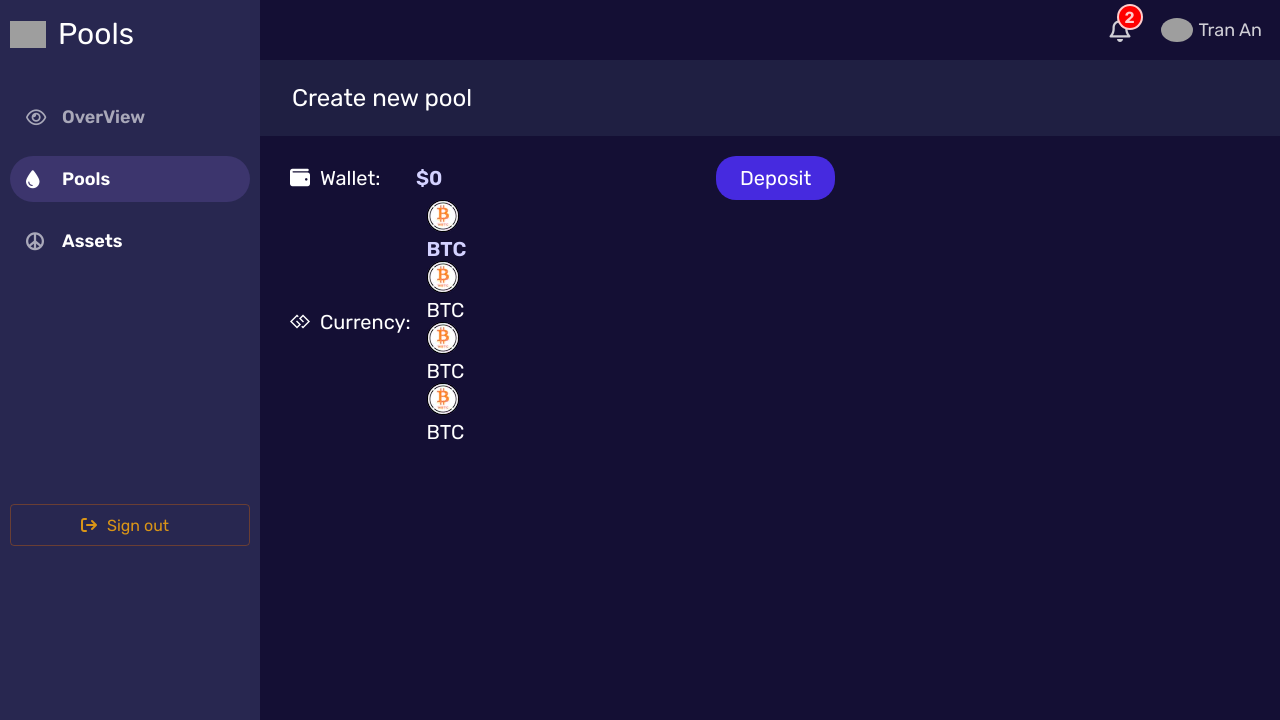
Repository: quynh232000/pools
Page: pool/create-pool.html
An editor plug-in stored every save of this project. The page is shown before and after the next save, followed by the edit.
The browser window is 1280 px wide. The pictures show the whole page.
Pictures or frames that could not be fetched are drawn as grey boxes.

Above is the page before, as saved 2023-07-14 00:30:44.

After the next save:
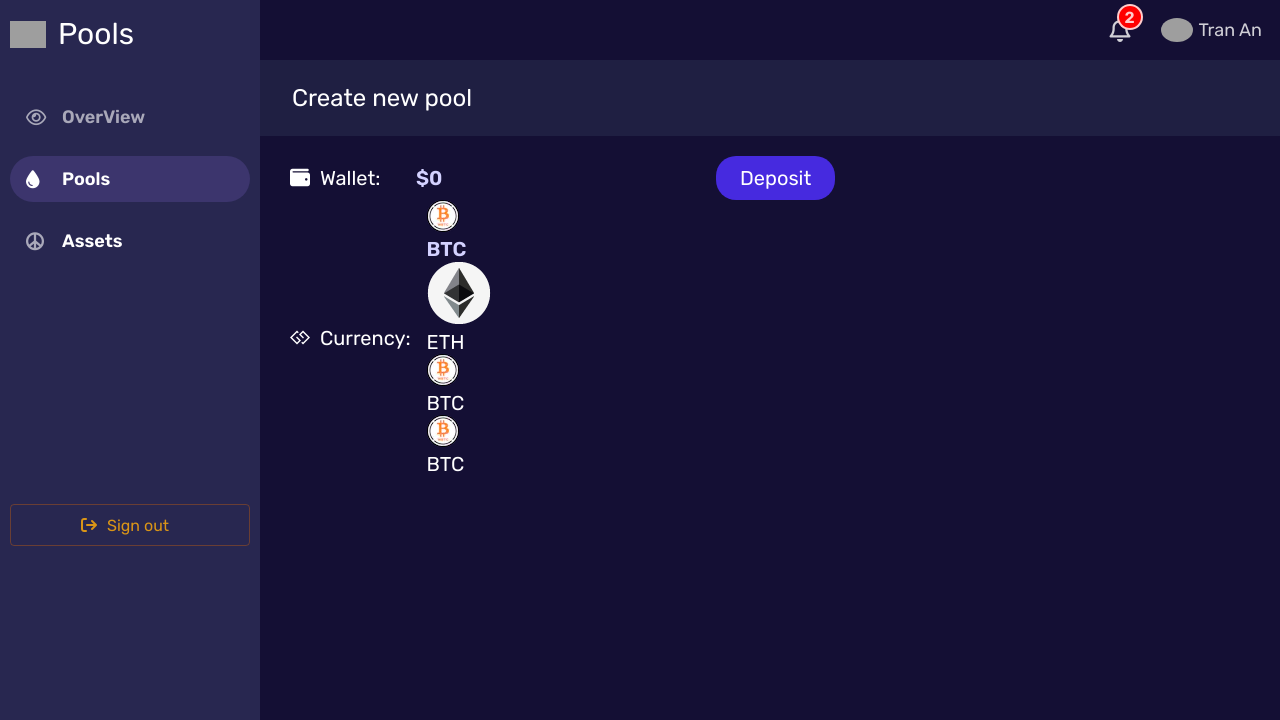
Saved 13 s later.
--- a/pool/create-pool.html
+++ b/pool/create-pool.html
@@ -79,8 +79,8 @@
               </span>
               <div class="type-money-more">
                 <div class="type-money-item">
-                  <img src="../src/img/btc.png" alt="" />
-                  <div class="type-money-name">BTC</div>
+                  <img src="../src/img/eth.png" alt="" />
+                  <div class="type-money-name">ETH</div>
                 </div>
                 <div class="type-money-item">
                   <img src="../src/img/btc.png" alt="" />
